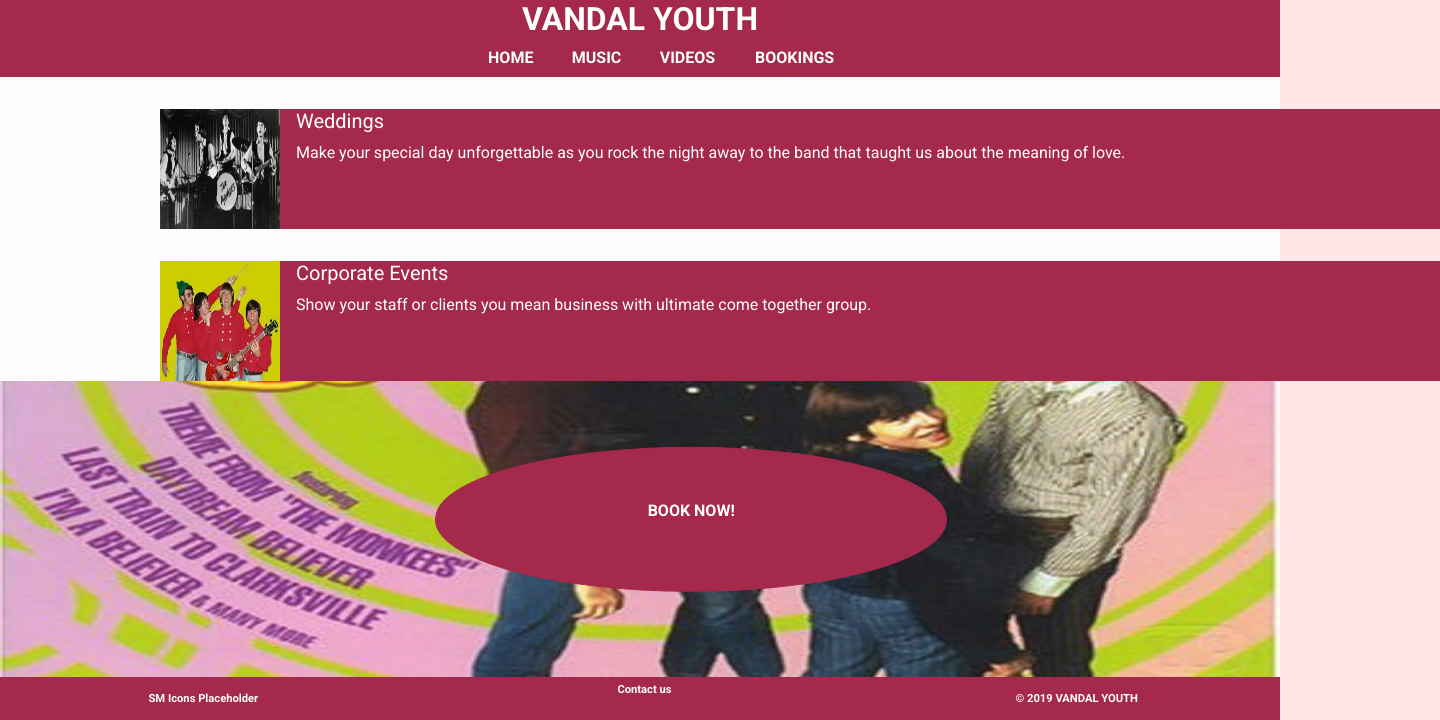
Repository: dof-bull/ci_milestone_project_1_Vandal_Youth
Page: bookings.html
The author's editor kept a record of every edit. The page is drawn from the files as they stood at one moment, then again after the next edit.
The browser window is 1280 px wide. The page is 1440 px wide, so the pictures cover 1440 px, including what lies to the right of the window. The pictures show the whole page.

Above is the page before.

After the next edit:
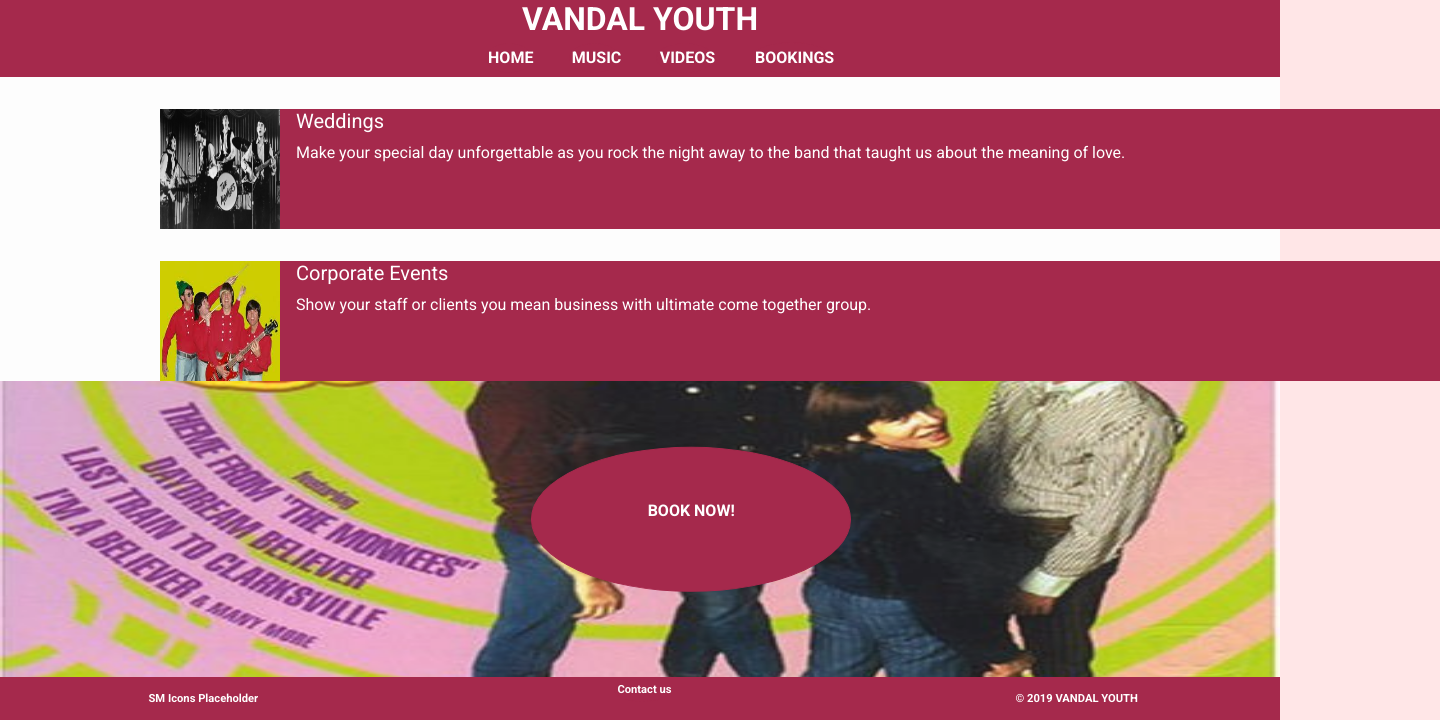
The edit:
--- a/assets/css/style.css
+++ b/assets/css/style.css
@@ -248,6 +248,8 @@
     position: absolute;
     top: 65%;
     left: 50%;
-    margin-right: -50%;
-    transform: translate(-50%, -50%)
-}
+    width: 25%;
+    margin-right: -50%;
+    transform: translate(-50%, -50%)
+
+}
